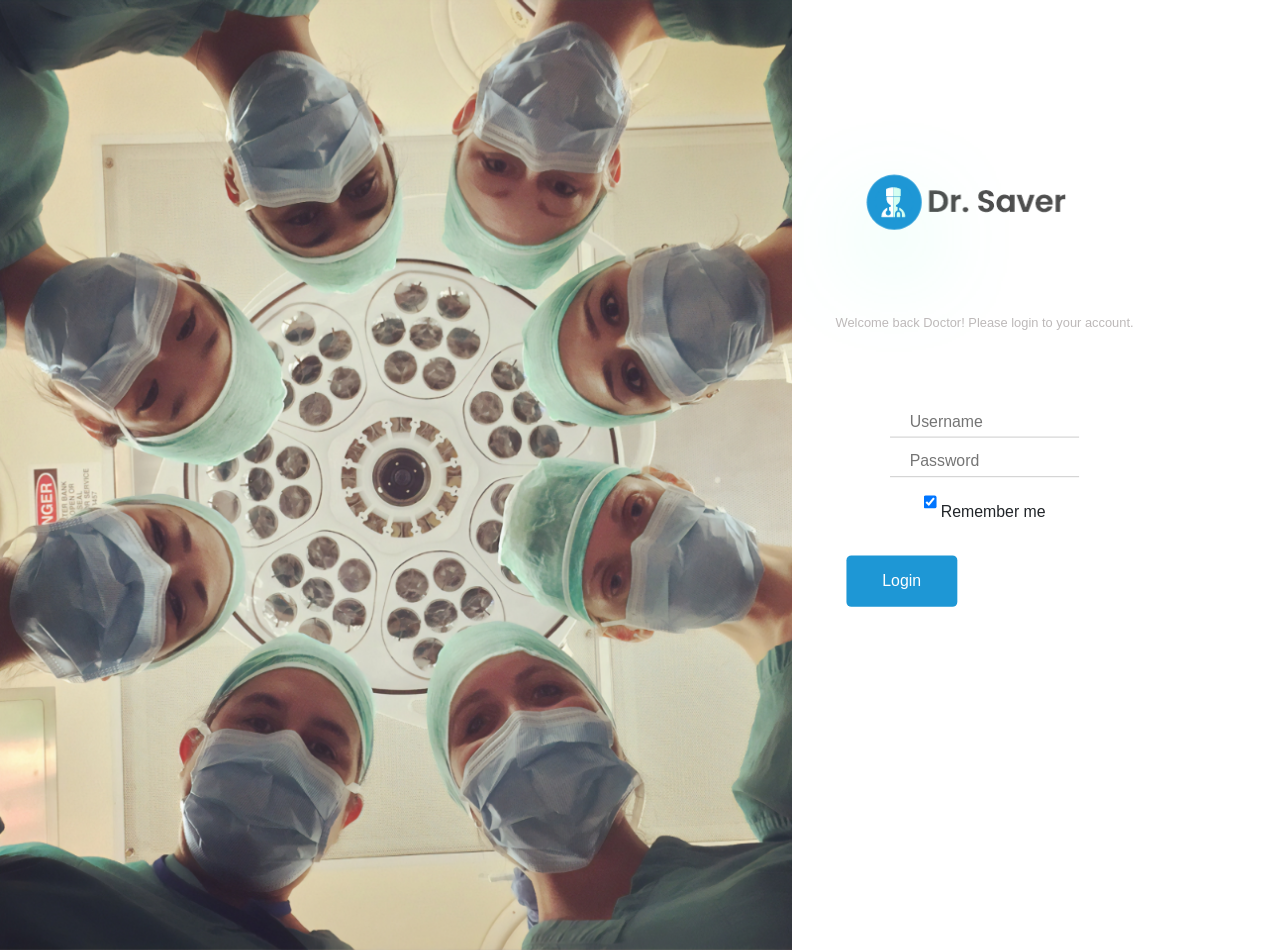
Repository: nsra/hadeel_doctor_system
Page: doctor/Dlogin.html
These files come from the project's save history. The page is drawn as it stood at one moment and after a run of saves; the edit follows.
The browser window is 1280 px wide. The page is 1295 px wide, so the pictures cover 1295 px, including what lies to the right of the window. The pictures show the whole page, at 99% of full size.
Some web fonts or font styles are not loaded; a fallback is used. Some web libraries are served in a nearby version.

Above is the page before, as saved 2022-03-29 16:45:49.

After the next 4 saves:
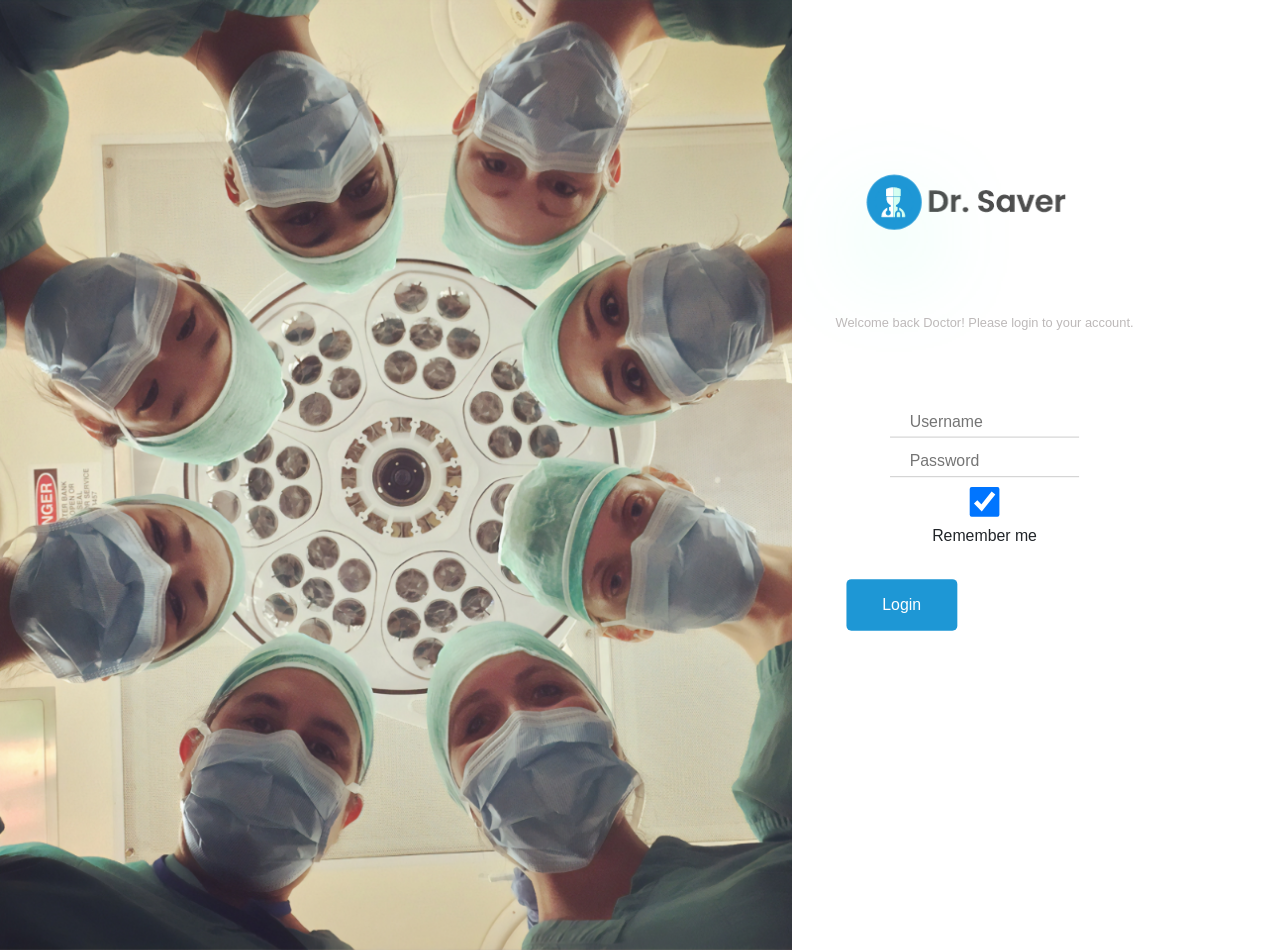
The 4 saves are shown as one change because they came seconds apart.
The last was saved 34 s later.
--- a/assets/css/style.css
+++ b/assets/css/style.css
@@ -706,7 +706,7 @@ font-size: 16px;
   border:none;
   border-bottom: 1px solid gray;
   outline: none;
-
+ width: 100%;
 
 }
 .staryel{
@@ -726,9 +726,3 @@ justify-content: space-around;
 border-radius: 5px;
 
 }
-input{
-height: 30px;
-border:none;
-border-bottom: 1px solid gray;
-outline: none;
-}
